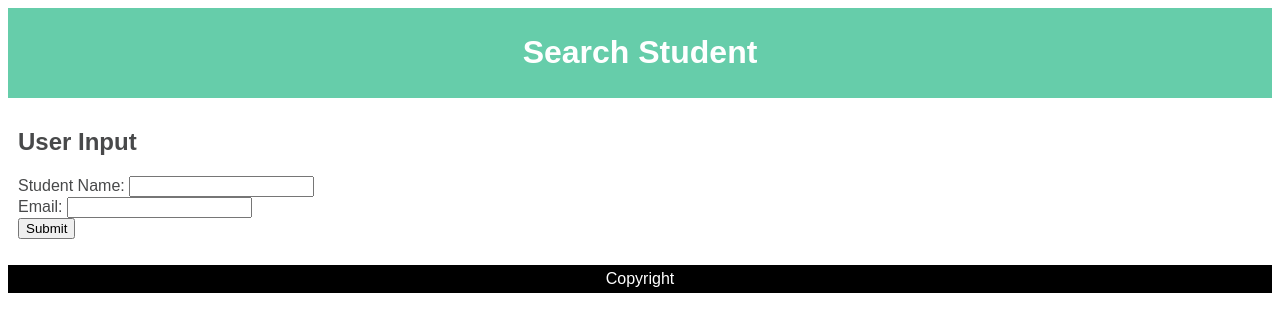
Repository: dreamxia329/TechExercise4830
Page: T3-0325-xia/T3-webProject-Xia/WebContent/search.html
An editor plug-in stored every save of this project. The page is shown before and after the next save, followed by the edit.
The browser window is 1280 px wide. The pictures show the whole page.

Above is the page before, as saved 2022-03-31 17:07:35.

After the next save:
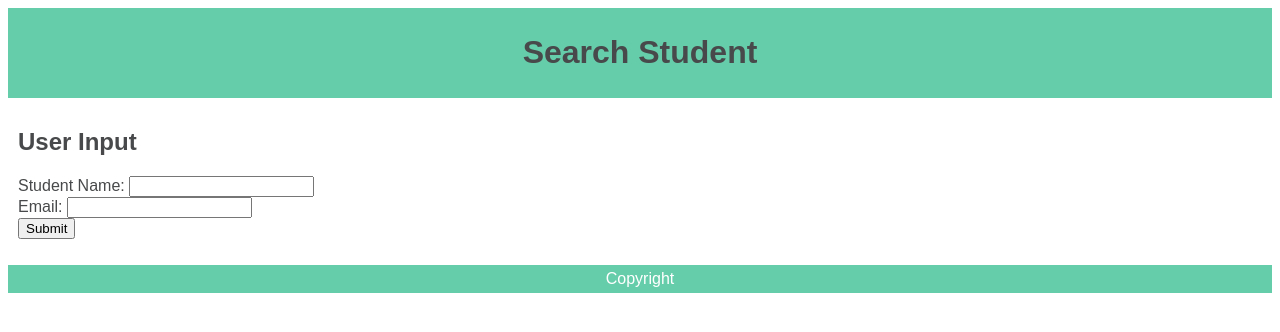
Saved 41 s later.
--- a/T3-0325-xia/T3-webProject-Xia/WebContent/search.html
+++ b/T3-0325-xia/T3-webProject-Xia/WebContent/search.html
@@ -9,7 +9,7 @@ body {
 
 header {
 	background-color: #66CDAA;
-	color: white;
+	color: #48494a;
 	text-align: center;
 	padding: 5px;
 }
@@ -30,7 +30,7 @@ section {
 }
 
 footer {
-	background-color: black;
+	background-color: #66CDAA;
 	color: white;
 	clear: both;
 	text-align: center;
